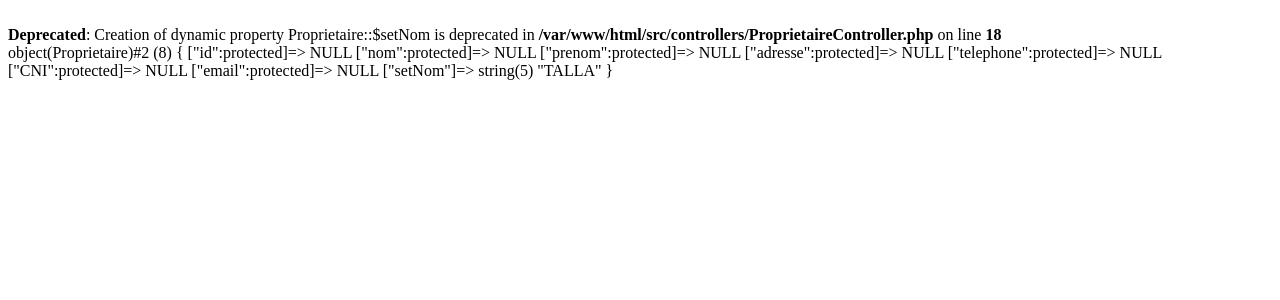
Repository: saliou-t/TS-IMMO
Page: http://localhost/
An editor plug-in stored every save of this project. The page is shown before and after a run of saves, followed by the edit.
The browser window is 1280 px wide. The pictures show the whole page.
The page is run by PHP 8.4 with error messages shown; the project is at /var/www/html/.

Above is the page before, as saved 2022-03-31 17:42:11.

After the next 4 saves:
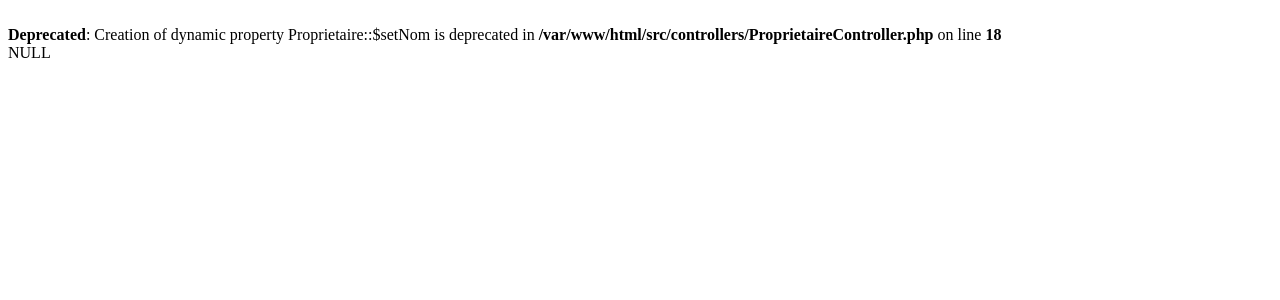
The 4 saves are shown as one change because they came seconds apart.
The last was saved 18 h 2 min later.
--- a/src/controllers/ProprietaireController.php
+++ b/src/controllers/ProprietaireController.php
@@ -16,7 +16,7 @@ class ProprietaireController {
         $proprietaire = new Proprietaire();
 
         $proprietaire->setNom = "TALLA";
-        var_dump($proprietaire);
+        var_dump($proprietaire->getPrenom());
 
 
 
